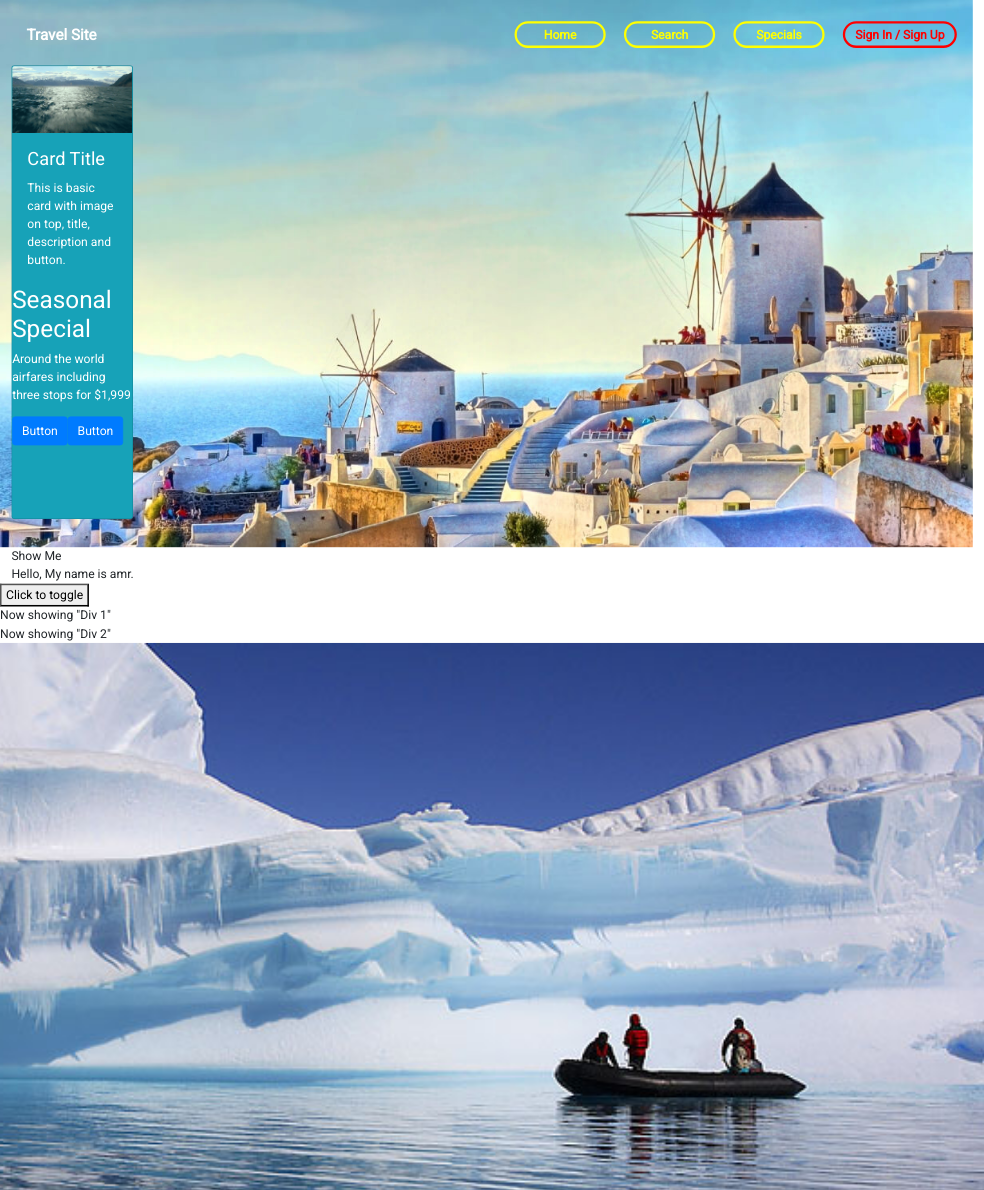
Repository: wpelizzoni/travel-site
Page: index.html
The author's editor kept a record of every edit. The page is drawn from the files as they stood at one moment, then again after the next edit.
The browser window is 1280 px wide. The page is 1295 px wide, so the pictures cover 1295 px, including what lies to the right of the window. The pictures show the whole page, at 76% of full size.

Above is the page before.

### index.html
<!DOCTYPE html>
<html lang="en">

<head>
    <meta charset="UTF-8">
    <meta name="viewport" content="width=device-width, initial-scale=1.0">
    <meta http-equiv="X-UA-Compatible" content="ie=edge">


    <link rel="stylesheet" href="https://stackpath.bootstrapcdn.com/bootstrap/4.3.1/css/bootstrap.min.css" type="text/css" />
    <link rel="stylesheet" href="https://stackpath.bootstrapcdn.com/font-awesome/4.7.0/css/font-awesome.min.css" type="text/css" />
    <link href='https://fonts.googleapis.com/css?family=Roboto' rel='stylesheet' type='text/css'>


    <link rel="stylesheet" href="assets/css/style.css" type="text/css" />

    <title>Document</title>
</head>

<body>
    <div class="container-fluid">

        <section>

            <div class="row header-desktop-row-page1 d-none d-md-block">
                <div class="col-12 header-desktop-column">
                </div>
            </div>

            <div class="row header-phones-row d-block d-md-none">
                <div class="col-12 header-phones-column">
                </div>
            </div>

            <div class="d-block d-md-none">
                <nav class="navbar navbar-expand-sm navbar-dark">
                    <!-- We can move the hamburger to the right of the screen by putting it after the button declaration. This will move the brand to the left.  -->

                    <button class="navbar-toggler" type="button" data-toggle="collapse" data-target="#nav-content" aria-controls="nav-content" aria-expanded="false" aria-label="Toggle navigation">
                    <span class="navbar-toggler-icon"></span>
                </button>
                    <a class="navbar-brand" href="/">Travel Site</a>
                    <div class="collapse navbar-collapse" id="nav-content">

                        <ul class="navbar-nav ml-auto">

                            <li class="active nav-item mr-2 "><a class="nav-link" href="/ ">Home</a></li>
                            <li class="nav-item mr-2 "><a class="nav-link " href="/Search ">Search</a></li>
                            <li class="nav-item mr-2 "><a class="nav-link " href="/Specials ">Specials</a></li>
                            <li class="nav-item mr-2 d-block d-sm-none "><a class="nav-link " href="/login ">Sign In / Sign Up</a></li>
                        </ul>
                    </div>
                </nav>
            </div>

            <div class="d-none d-md-block">
                <nav class="navbar navbar-expand-sm navbar-dark">
                    <a class="navbar-brand" href="/">Travel Site</a>
                    <ul class="navbar-nav ml-auto">

                        <li class="active nav-item mr-2 "><a class="nav-link page-scroll" href="/ "><button id="button_effects1" class="btn--features">Home</button></a></li>
                        <li class="nav-item mr-2 "><a class="nav-link page-scroll" href="#search"><button id="button_effects2" class="btn--features">Search</button> </a></li>
                        <li class="nav-item mr-2 "><a class="nav-link page-scroll" href="#specials"><button id="button_effects3" class="btn--features">Specials</button></a></li>
                        <li class="nav-item mr-2 "><a class="nav-link page-scroll" href="/login "><button id="button_effects4" class="btn--features--red">Sign In / Sign Up</button></a></li>
                    </ul>
                </nav>
            </div>



            <div class="specials specials-features d-block d-md-none">
                <h2>Check our weekly specials</h2>
                <p id="par1" class='specials-p'>
                    Fly to New Zealand on a 10-day vacation for $999.00
                </p>
            </div>



<div id="show">Show Me</div>
<div id="visible">Hello, My name is amr.</div>

            <div class="card specials-features text-white bg-info mb-3 d-none d-md-block" style=" width:10rem ">
                <div id="card1">
                    <img class="card-img-top img-fluid " src="assets/images/water-traverse.gif " alt="card image ">
                    <div class="card-body text-left ">
                        <h4 class="card-title ">Card Title</h4>
                        <p class="card-text ">This is basic card with image on top, title, description and button.</p>
                    </div>
                </div>

                <div id="card2" class=" ">
                    <h2>Seasonal Special</h2>
                    <p>Around the world airfares including three stops for $1,999 </p>
                </div>
                <a href="# "></a> <button id="button_effects9" class="btn btn-primary ">Button</a>
                <a href="# "></a> <button id="button_effects10" class="btn btn-primary ">Button</a>
            </div>


    </div>
    </section>

    <button onclick="toggleFunction()" >Click to toggle</button>

<div id="div1" class="  "  > Now showing "Div 1" </div>

<div id="div2" class="  "  > Now showing "Div 2" </div>

    <!-- <section id="specials ">
            <div class="container specials-row ">
                <div class="row " id='specials'>
                    <h2>Check our weekly specials</h2>
                    <p id="par1 " class='specials-p'>
                        Fly to New Zealand on a 10-day vacation for $999.00
                    </p>
                </div>
            </div>
        </section>
        -->

    <section id="search ">

        <div class="row header-desktop-row-page2 d-none d-md-block ">
            <div class="col-12 header-desktop-column ">
            </div>
        </div>

        <div class="row header-phones-row d-block d-md-none ">
            <div class="col-12 header-phones-column ">
            </div>
        </div>

        <!--
            <div class="d-none d-md-block ">
                <nav class="navbar navbar-expand-sm navbar-dark ">
                    <a class="navbar-brand " href="/ ">Travel Site</a>
                    <ul class="navbar-nav ml-auto ">

                        <li class="nav-item mr-2 "><a class="nav-link page-scroll " href="/ "><button id="button_effects1 " class="btn--features ">Home</button></a>
                </li>
                <li class="active nav-item mr-2 "><a class="nav-link page-scroll " href="#search "><button id="button_effects2 " class="btn--features ">Search</button> </a></li>
                <li class="nav-item mr-2 "><a class="nav-link page-scroll " href="#specials "><button id="button_effects3 " class="btn--features ">Specials</button></a></li>
                <li class="nav-item mr-2 "><a class="nav-link page-scroll " href="/login "><button id="button_effects4 " class="btn--features--red ">Sign In / Sign Up</button></a></li>
                </ul>
                </nav>
            </div>

            <div class="d-none d-md-block ">
                <nav class="navbar navbar-expand-sm navbar-dark ">
                    <a class="navbar-brand " href="/ ">Travel Site</a>
                    <ul class="ml-auto ">

                        <li class="nav-item mr-2 "><a class="nav-link page-scroll " href="/ "><button id="button_effects5 " class="btn--features ">Home</button></a></li>
                        <li class="active nav-item mr-2 "><a class="nav-link page-scroll " href="#search "><button id="button_effects6 " class="btn--features ">Search</button> </a></li>
                        <li class="nav-item mr-2 "><a class="nav-link page-scroll " href="#specials "><button id="button_effects7 " class="btn--features ">Specials</button></a></li>
                        <li class="nav-item mr-2 "><a class="nav-link page-scroll " href="/login "><button id="button_effects8 " class="btn--features--red ">Sign In / Sign Up</button></a></li>
                    </ul>
                </nav>
            </div>
            -->
            <div class="container search-row ">
                <div class="row " id='search'>

                </div>
            </div>
        </section>
    </div>

    </div>
    <script src="https://code.jquery.com/jquery-3.3.1.slim.min.js " integrity="sha384-q8i/X+965DzO0rT7abK41JStQIAqVgRVzpbzo5smXKp4YfRvH+8abtTE1Pi6jizo " crossorigin="anonymous "></script>
    <script src="https://cdnjs.cloudflare.com/ajax/libs/popper.js/1.14.7/umd/popper.min.js " integrity="sha384-UO2eT0CpHqdSJQ6hJty5KVphtPhzWj9WO1clHTMGa3JDZwrnQq4sF86dIHNDz0W1 " crossorigin="anonymous "></script>
    <!-- Paste Bootstrap Javascript link here -->
    <script src="https://stackpath.bootstrapcdn.com/bootstrap/4.3.1/js/bootstrap.min.js " integrity="sha384-JjSmVgyd0p3pXB1rRibZUAYoIIy6OrQ6VrjIEaFf/nJGzIxFDsf4x0xIM+B07jRM " crossorigin="anonymous "></script>

    <script type="text/javascript " src="js/jquery-3.4.1.js "></script>
    <script type="text/javascript " src="js/my_script.js "></script>
</body>

</html>

### assets/css/style.css
body {
    font-family: 'Roboto', sans-serif;
}

.navalert-container {
    position: absolute;
    top: 0;
    left: 0;
    padding-left: 0;
    padding-right: 0;
    z-index: 1;
}

.navbar {
    position: absolute;
    padding: 20px;
    top: 0;
    margin-bottom: 0;
    border: 0;
    width: 100%;
    /* background-color: rgba(0, 0, 0, 0.25); */
    float: right;
    margin-right: 0px;
    clear: left;
}

.navbar .navbar-default {
    border: 0px;
    box-shadow: none;
    -webkit-box-shadow: none;
    border-width: 0;
    padding: 0;
    margin: 0;
}

.navbar-nav {
    border: 0px !important;
    padding: 0;
    margin: 0;
}

.navbar .navbar-toggler .navbar-inner {
    border: none;
    border-radius: 0;
    padding: 0;
}

.navbar-brand {
    font-weight: bold;
}

.nav-right {
    float: right;
}

.btn--features {
    background-color: transparent;
    font-weight: bold;
    height: 35px;
    color: yellow;
    border: solid;
    border-color: yellow;
    border-radius: 23px;
    width: 120px;
    text-align: center;
    text-decoration: none;
}

.btn--features--red {
    background-color: transparent;
    font-weight: bold;
    height: 35px;
    color: red;
    border: solid;
    border-color: red;
    border-radius: 23px;
    width: 150px;
    text-align: center;
    text-decoration: none;
}

.header-desktop-row-page1 {
    background: url("../images/near-east.jpg");
    background-position: relative;
    background-repeat: no-repeat top left fixed ;
    background-size: cover;
    height: 100vh;
    min-height: 360px;
    top: 0;
    left: 0;
    -webkit-background-size: cover;	/* works on WebKit browsers */
     -moz-background-size: cover;	/* works on Mozilla browsers */
     -o-background-size: cover;
    transition: all .5s ease-in-out;
    -moz-transition: all .5s ease-in-out;
    -webkit-transition: all .5s ease-in-out;
    z-index: 0;

}

.header-desktop-row-page2 {
    background: url("../images/antarctica.jpg");
    background-position: relative;
    background-repeat: no-repeat top left fixed ;
    background-size: cover;
    height: 100vh;
    min-height: 360px;
    top: 0;
    left: 0;
    -webkit-background-size: cover;	/* works on WebKit browsers */
     -moz-background-size: cover;	/* works on Mozilla browsers */
     -o-background-size: cover;
    transition: all .5s ease-in-out;
    -moz-transition: all .5s ease-in-out;
    -webkit-transition: all .5s ease-in-out;
}

.header-desktop-column {
    width: 100%;
    padding-left: 0;
    padding-right: 0;
    margin-left: 0;
    margin-right: 0;
}

.header-phones-row {
    background: url("../images/swing.jpg");
    background-position: relative;
    background-repeat: no-repeat top left fixed ;
    background-size: cover;
    height: 100vh;
    min-height: 360px;
    top: 0;
    left: 0;
    color: #ffff00;
    -webkit-background-size: cover;	/* works on WebKit browsers */
     -moz-background-size: cover;	/* works on Mozilla browsers */
     -o-background-size: cover;
    transition: all .5s ease-in-out;
    -moz-transition: all .5s ease-in-out;
    -webkit-transition: all .5s ease-in-out;
}

.header-phones-column {
    width: 100%;
    padding: 0 0px 0px;
    min-height: 360px;
    margin: 0 0px 0px;
    float: none;
}

.specials-row {
    padding-bottom: 10%;
    font-size: 1.75em;
    line-height: 2;
    color: #fafafa;

}

#specials-p {
    font-size: .8em;
    color: yellow;
}


.specials-features {
    position: absolute;
    top: 12%;
    padding-bottom: 96px;
    color: black;
    z-index: 1;
}

.search {
    background: url("../images/cloud141.jpg");
    background-repeat: no-repeat;
    background-position: left;
    background-size: cover;
    padding-bottom: 100px;
    padding-top: 42px;
    position: relative;
    margin-bottom: 30px;

}

#loader {
  display: block;
  width: 100px;
  height: 100px;
  margin: 0 auto;
}



@media (max-width: 768px) and (min-width: 375px) {
    #search {
        width: 80%;
    }
}

@media (max-width: 992px) {
    .hone-section,
    .search-section,
    .contact-section {
        background-attachment: scroll;
    }
}

@media (min-width: 992px) {
    .search-section {
        background-position: center;
        background-size: cover;
        width: 100vw;
    }
    .contact-section {
        background-position: center;
        background-size: cover;
        width: 100vw;
    }

}

### js/my_script.js
$(document).ready(function() {
    $("h2").addClass("underline");
    $("ul").addClass("border");


    $("#specials_btn").click(function() {
        $("par1").slideToggle(2000);
    });

    $("#button_effects1").click(function() {
        $('#par1').slideToggle(1000, 0.5);
    });
    $("#button_effects1").click(function() {
        $('#par1').slideToggle(1000, 0.5);
    });
    $("#button_effects3").click(function() {
        $('#par1').slideToggle(1000, 0.5);
    });
    $("#button_effects3").click(function() {
        $('#par1').slideToggle(1000, 0.5);
    });
    $("#button_effects9").click(function() {
        $("#card1").toggleClass("display-none");
        $("#card2").toggleClass("display-inline");
        $(this).text($(this).text() == 'Return' ? 'Specials' : 'Return');
    });


    $("#button_effects1").mouseenter(function() {
        $('#button_effects1').fadeTo(300, 0.5);
    });
    $("#button_effects1").mouseleave(function() {
        $('#button_effects1').fadeTo(300, 1);
    });
    $("#button_effects2").mouseenter(function() {
        $('#button_effects2').fadeTo(300, 0.5);
    });
    $("#button_effects2").mouseleave(function() {
        $('#button_effects2').fadeTo(300, 1);
    });
    $("#button_effects3").mouseenter(function() {
        $('#button_effects3').fadeTo(300, 0.5);
    });
    $("#button_effects3").mouseleave(function() {
        $('#button_effects3').fadeTo(300, 1);
    });
    $("#button_effects4").mouseenter(function() {
        $('#button_effects4').fadeTo(300, 0.5);
    });
    $("#button_effects4").mouseleave(function() {
        $('#button_effects4').fadeTo(300, 1);
    });
    $("#button_effects5").mouseenter(function() {
        $('#button_effects5').fadeTo(300, 0.5);
    });
    $("#button_effects5").mouseleave(function() {
        $('#button_effects5').fadeTo(300, 1);
    });
    $("#button_effects6").mouseenter(function() {
        $('#button_effects6').fadeTo(300, 0.5);
    });
    $("#button_effects6").mouseleave(function() {
        $('#button_effects6').fadeTo(300, 1);
    });
    $("#button_effects7").mouseenter(function() {
        $('#button_effects6').fadeTo(300, 0.5);
    });
    $("#button_effects7").mouseleave(function() {
        $('#button_effects6').fadeTo(300, 1);
    });
    $("#button_effects8").mouseenter(function() {
        $('#button_effects6').fadeTo(300, 0.5);
    });
    $("#button_effects8").mouseleave(function() {
        $('#button_effects8').fadeTo(300, 1);
    });

     $("#button_effects9").mouseenter(function() {
        $('#button_effects9').fadeTo(500, 0.5);
    });
    $("#button_effects9").mouseleave(function() {
        $('#button_effects9').fadeTo(300, 1);
    });
});

Loaded but not shown: js/jquery-3.4.1.js (library)

After the next edit:
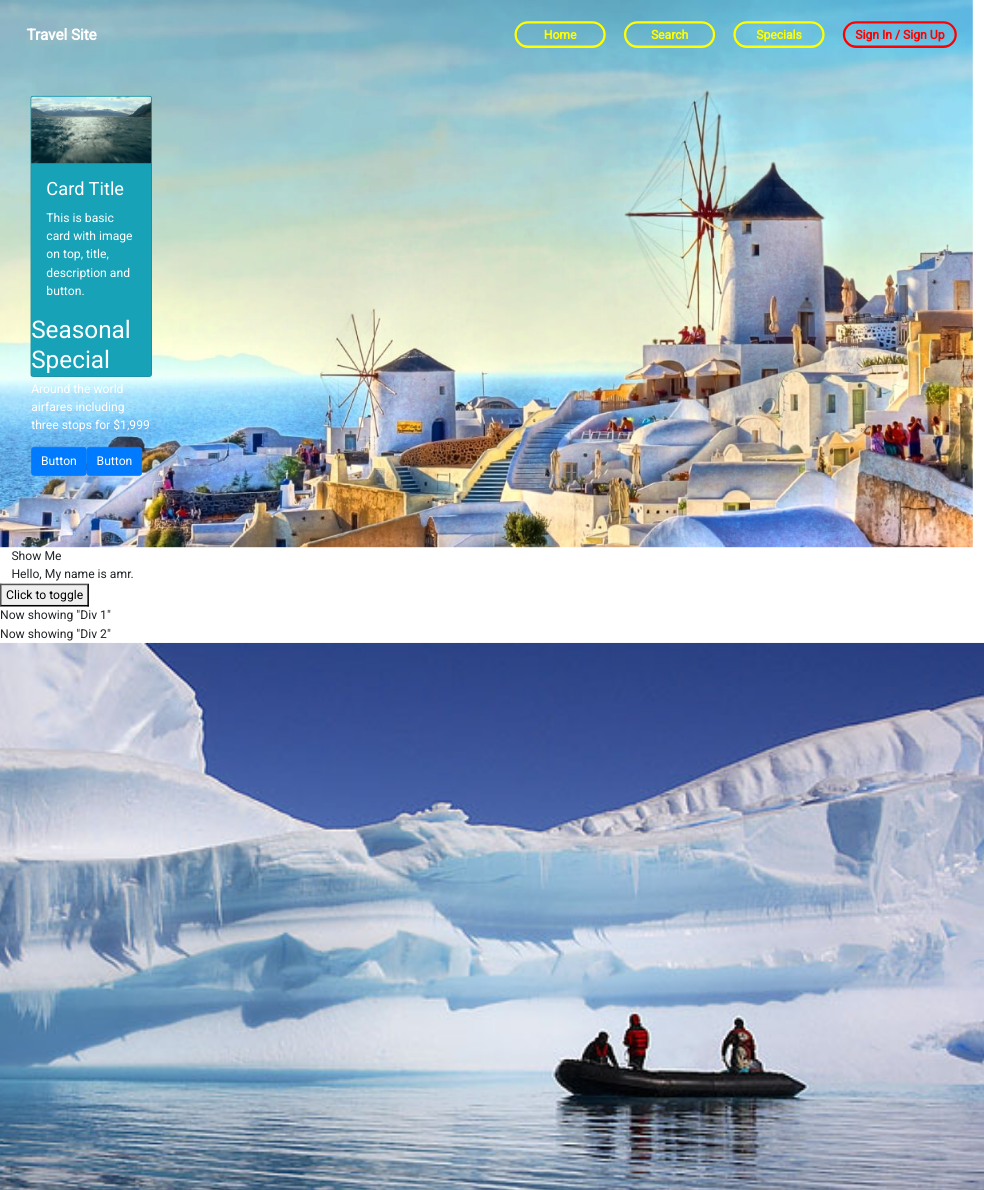
The edit:
--- a/assets/css/style.css
+++ b/assets/css/style.css
@@ -149,6 +149,14 @@
     float: none;
 }
 
+.card {
+    height: 370px;
+    width: 200px;
+    margin-top: 40px;
+    margin-left: 25px;
+}
+
+}
 .specials-row {
     padding-bottom: 10%;
     font-size: 1.75em;
